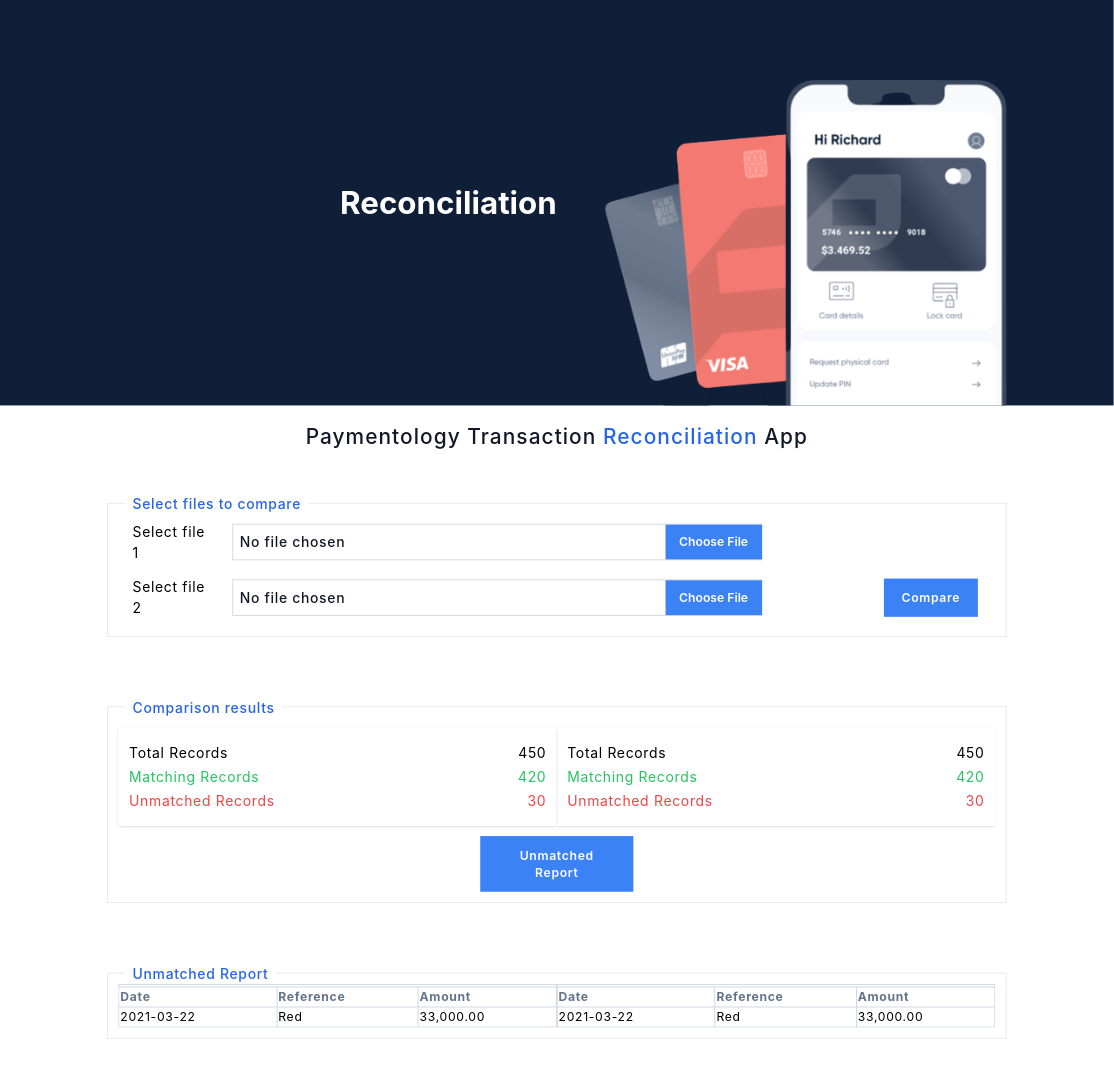
Repository: chionye/paymentology-front
Page: /
These files come from the project's save history. The page is drawn as it stood at one moment and after the next save; the edit follows.
The browser window is 1280 px wide. The pictures show the whole page, at 87% of full size.
The project was rebuilt for these pictures with package versions that can differ from the ones it lists, and the page was loaded fresh each time.

Above is the page before, as saved 2022-03-20 13:39:42.

### public/index.html
<!DOCTYPE html>
<html lang="en">
  <head>
    <meta charset="utf-8" />
    <link rel="icon" href="%PUBLIC_URL%/favicon.ico" />
    <meta name="viewport" content="width=device-width, initial-scale=1" />
    <meta name="theme-color" content="#000000" />
    <meta
      name="description"
      content="Web site created using create-react-app"
    />
    <link rel="preconnect" href="https://fonts.googleapis.com">
    <link rel="preconnect" href="https://fonts.gstatic.com" crossorigin>
    <link href="https://fonts.googleapis.com/css2?family=DM+Sans:wght@400;700&display=swap" rel="stylesheet">
    <link rel="apple-touch-icon" href="%PUBLIC_URL%/logo192.png" />
    <!--
      manifest.json provides metadata used when your web app is installed on a
      user's mobile device or desktop. See https://developers.google.com/web/fundamentals/web-app-manifest/
    -->
    <link rel="manifest" href="%PUBLIC_URL%/manifest.json" />
    <!--
      Notice the use of %PUBLIC_URL% in the tags above.
      It will be replaced with the URL of the `public` folder during the build.
      Only files inside the `public` folder can be referenced from the HTML.

      Unlike "/favicon.ico" or "favicon.ico", "%PUBLIC_URL%/favicon.ico" will
      work correctly both with client-side routing and a non-root public URL.
      Learn how to configure a non-root public URL by running `npm run build`.
    -->
    <title>React App</title>
  </head>
  <body>
    <noscript>You need to enable JavaScript to run this app.</noscript>
    <div id="root"></div>
    <!--
      This HTML file is a template.
      If you open it directly in the browser, you will see an empty page.

      You can add webfonts, meta tags, or analytics to this file.
      The build step will place the bundled scripts into the <body> tag.

      To begin the development, run `npm start` or `yarn start`.
      To create a production bundle, use `npm run build` or `yarn build`.
    -->
  </body>
</html>

### src/index.css
@tailwind base;
@tailwind components;
@tailwind utilities;

body {
  margin: 0;
  padding:0;
  box-sizing: border-box;
  font-family: -apple-system, BlinkMacSystemFont, 'Segoe UI', 'Roboto', 'Oxygen',
    'Ubuntu', 'Cantarell', 'Fira Sans', 'Droid Sans', 'Helvetica Neue',
    sans-serif;
  -webkit-font-smoothing: antialiased;
  -moz-osx-font-smoothing: grayscale;
}

input[type=file]::file-selector-button {
  position: absolute;
  right:-5px;
  top:0;

}
input[type=file]::-ms-browse {
  position: absolute;
  right:-5px;
  top:0;
}

input[type=file]::-webkit-file-upload-button {
  position: absolute;
  right:-5px;
  top:0;
}

### src/App.js
import Banner from "./components/Banner";
import CompareFiles from "./components/CompareFiles";
import { FileProvider } from "./context/index.context";
import Results from "./components/Results";
import Report from "./components/Report";
import Title from "./components/Title";

function App() {
  return (
    <FileProvider>
      <Banner />
      <Title />

      <CompareFiles />
      <Results />
      <Report />
    </FileProvider>

  );
}

export default App;

### src/components/Banner.js
import BannerImg from "../assets/PaymentologyImg.png";

const Banner = () => {
    const style = {
        background: "#0f1f38"
    }
    return(
        <div style={style} className="flex flex-col md:flex-row md:justify-between md:items-center">
            <div className="w-1/2 text-white text-4xl font-bold text-right">
                <h1>Reconciliation</h1>
            </div>
            <div className="w-1/2 ">
            <img src={BannerImg} alt="Banner" />
            </div>

        </div>
    )
}

export default Banner;

### src/components/CompareFiles.js
import Button from "./Button";
import Container from "./Container";
import InputFile from "./InputFile";
import Section from "./Section";
import { useFileContext } from "../context/index.context";

const CompareFiles = () => {
    const {file, setFile} = useFileContext();

    const saveFile_1 = e => {
        setFile({
            ...file,
            file1: e.target.files[0],
            fileName1: e.target.files[0].name
        })
    }

    const saveFile_2 = e => {
        setFile({
            ...file,
            file2: e.target.files[0],
            fileName2: e.target.files[0].name
        })
    }

    return(
        <Container>
            <Section title={"Select files to compare"}>
                <InputFile
                file={"Select file 1"}
                handleFile={saveFile_1}
                 />
                <div className="flex flex-col md:flex-row md:items-center md:justify-between">
                    <InputFile
                    file={"Select file 2"}
                    handleFile={saveFile_2}
                    />
                    <div className="my-3 md:my-0 md:mr-5">

                    <Button width={"w-full"} label={"Compare"} />
                    </div>

                </div>
            </Section>
        </Container>

    )
}

export default CompareFiles;

### src/context/index.context.js
import { createContext, useContext, useState } from "react";

const FileContext = createContext(null);

export const FileProvider = ({children}) => {
     const [file, setFile] = useState({
        file1: '',
        fileName1: '',
        file2:'',
        fileName2: ''
    });

    return(
        <FileContext.Provider value={{file, setFile}}>
            {children}
        </FileContext.Provider>
    )
}

export const useFileContext = () => useContext(FileContext);

### src/components/Results.js
import Button from "./Button";
import Container from "./Container";
import FileSummary from "./FileSummary";
import Section from "./Section";
import { useFileContext } from "../context/index.context";

const Results = () => {
    const { file } = useFileContext();
    return(
        <Container>
            <Section title={"Comparison results"}>
                <div className="flex flex-col md:flex-row md:justify-between md:items-center">
                    <FileSummary
                        fileName={file.fileName1}
                        totalRecords={450}
                        matchingRecords={420}
                        unmatchedRecords={30}
                    />
                    <FileSummary
                        fileName={file.fileName2}
                        totalRecords={450}
                        matchingRecords={420}
                        unmatchedRecords={30}
                    />
                </div>
                <div className="md:flex md:w-44 md:justify-center md:mx-auto">
                        <Button width={"w-full"} label={"Unmatched Report"} />
                </div>
            </Section>
        </Container>
    )
}

export default Results;

### src/components/Report.js
import Container from "./Container";
import Section from "./Section";
import FileReports from "./FileReports";


const Report = () => {

    return(
        <Container>
            <Section title={"Unmatched Report"}>
                <FileReports />
            </Section>
        </Container>
    )
}

export default Report;

### src/components/Title.js
import Container from "./Container"

const Title = () => {
    return(
        <Container>
            <div className="md:w-5/6 mx-auto">
                <h1 className="font-medium tracking-wider text-center  leading-loose text-xl md:text-2xl text-gray-900">Paymentology Transaction <span className="text-blue-600">Reconciliation</span> App</h1>

            </div>
        </Container>
    )
}

export default Title;

### src/components/Button.js
const Button = (props) => {

    return <button className={`${props.width} bg-blue-500 hover:bg-blue-700 py-3 px-5 text-sm text-white font-semibold`} disabled={true}>{props.label}</button>
}

export default Button;

### src/components/Container.js
const Container = (props) => {

    return <div className="p-5 mx-auto">{props.children}</div>
}
export default Container;

### src/components/InputFile.js


const InputFile = (props) => {


    return(
        <div className="flex flex-col md:flex-row w-full md:w-3/4 md:items-center md:justify-between text-sm md:text-base tracking-wider my-2 md:px-4">
            <label className="w-28 ">{props.file}</label>
            <div className="w-full border border-1 border-gray-300 py-2.5 sm:py-2 relative md:ml-5">
                <input type="file"
                        className="block
                        font-medium
                        tracking-wider
                        w-full
                        pl-2
                        appearance-none
                        text-gray-900
                        file:py-2.5
                        file:px-4
                        file:border-0
                        file:text-sm
                        file:font-semibold
                        file:bg-blue-500
                        hover:file:bg-blue-700
                        file:text-white"
                        onChange={props.handleFile}
                    />
            </div>

        </div>
    )
}

export default InputFile;

### src/components/Section.js

const Section = (props) => {
    return(
        <div className="relative md:w-5/6  h-auto p-3 border border-1 border-gray mx-auto my-5 tracking-wider">
            <div className="absolute font-medium -top-3 left-1 md:left-5 bg-white  text-blue-600 px-2">{props.title}</div>
            {props.children}
        </div>
    )
}

export default Section;

### src/components/FileSummary.js
const FileSummary = (props) => {
    return(
        <div className="shadow text-sm md:text-base p-3 my-3 w-full md:w-1/2  max-w-lg tracking-wider ">
            <div className="font-semibold text-xl">{props.fileName}</div>
            <div className="flex flex-row justify-between my-1">
                <span>Total Records</span>
                <span>{props.totalRecords}</span>
            </div>
            <div className="flex flex-row justify-between my-1 text-green-500">
                <span>Matching Records</span>
                <span>{props.matchingRecords}</span>
            </div>
            <div className="flex flex-row justify-between my-1 text-red-500">
                <span>Unmatched Records</span>
                <span>{props.unmatchedRecords}</span>
            </div>
        </div>
    )
}

export default FileSummary;

### src/components/FileReports.js
import { useFileContext } from "../context/index.context";
import FileReport from './FileReport';

const FileReports = () => {
    const {file} = useFileContext();

    return(
        <div className="w-full overflow-x-scroll flex flex-row">
            <FileReport
                fileName={file.fileName1}
                date={'2021-03-22'}
                reference={'Red'}
                amount={'33,000.00'}
            />
            <FileReport
                fileName={file.fileName2}
                date={'2021-03-22'}
                reference={'Red'}
                amount={'33,000.00'}
            />
        </div>

    )
}

export default FileReports;

### src/components/FileReport.js
const FileReport = (props) => {
    return(
        <table className="w-full border-collapse border-gray-300 text-sm">
            <thead>
                <tr className="text-left">
                    <th className="font-medium text-base border border-slate-300" colSpan={3} >{props.fileName}</th>
                </tr>
                <tr className="text-left text-slate-500">
                    <th className="border border-slate-300">Date</th>
                    <th className="border border-slate-300">Reference</th>
                    <th className="border border-slate-300">Amount</th>
                </tr>
            </thead>
            <tbody>
                <tr>
                    <td className="border border-slate-300">{props.date}</td>
                    <td className="border border-slate-300">{props.reference}</td>
                    <td className="border border-slate-300">{props.amount}</td>
                </tr>
            </tbody>
        </table>
    )
}

export default FileReport;

Loaded but not shown: src/index.js (common file); src/reportWebVitals.js (common file); tailwind.config.js (common file)

After the next save:
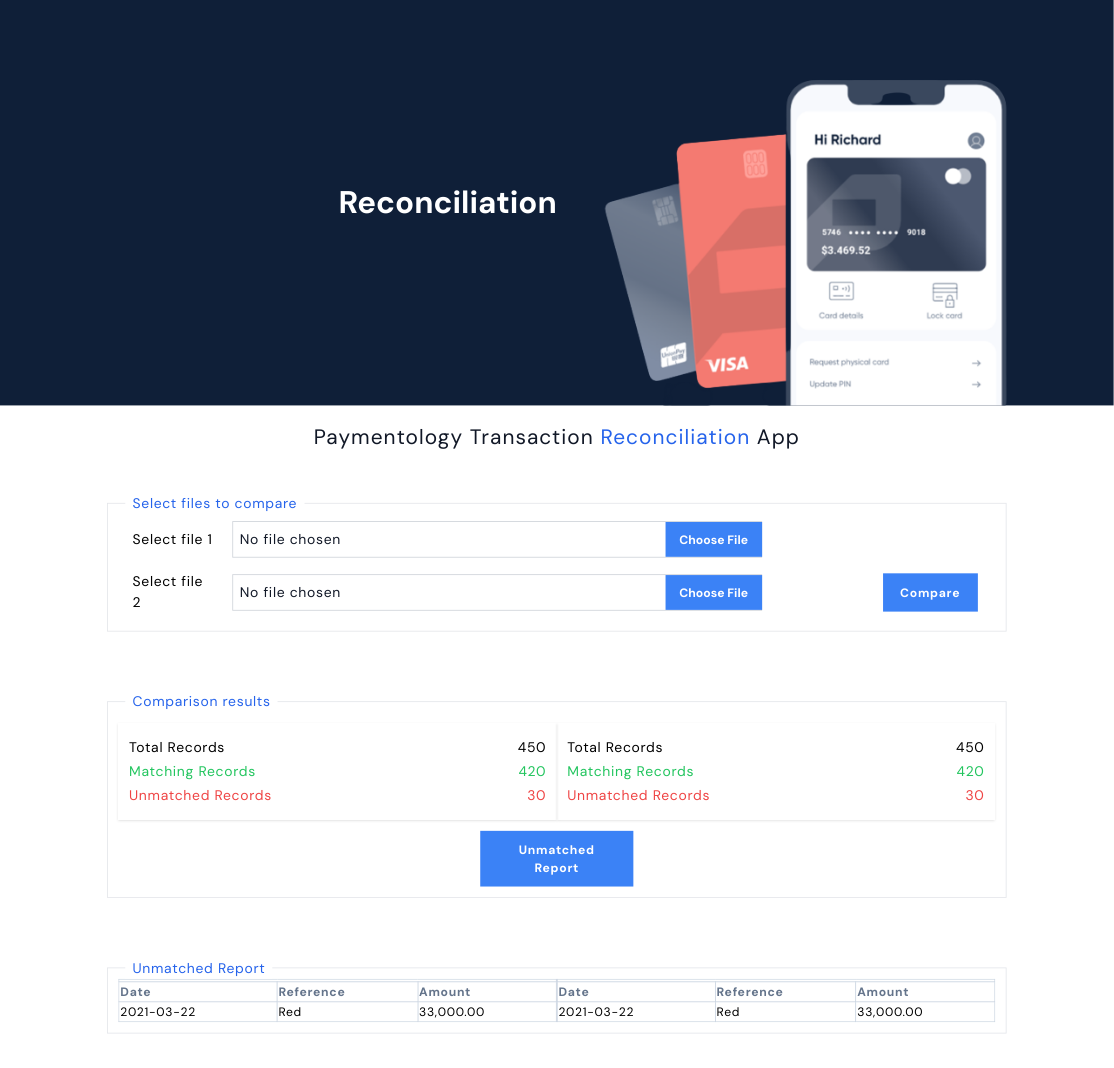
Saved 25 s later.
--- a/src/index.css
+++ b/src/index.css
@@ -11,6 +11,7 @@ body {
     sans-serif;
   -webkit-font-smoothing: antialiased;
   -moz-osx-font-smoothing: grayscale;
+  font-family: 'DM Sans', sans-serif;
 }
 
 input[type=file]::file-selector-button {
